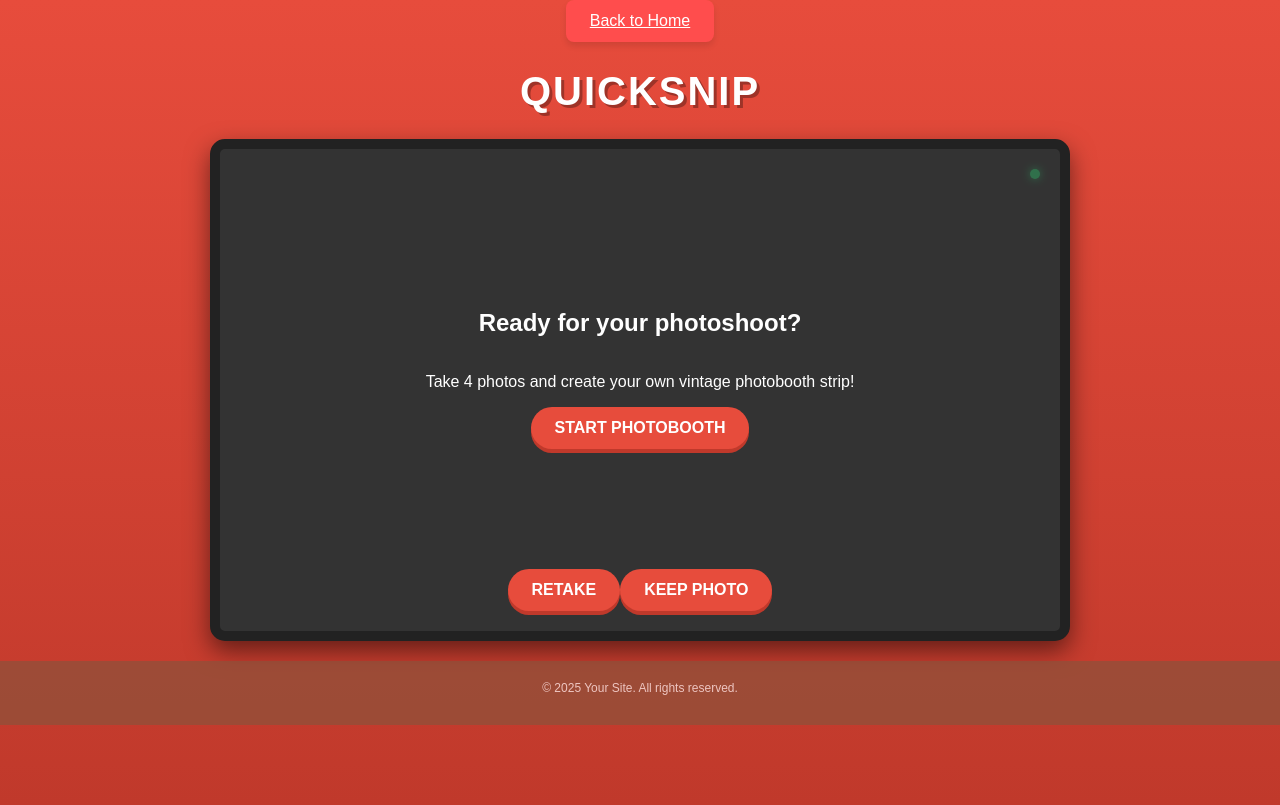
Repository: Strawb3rryjam/QuickSnip
Page: photobooth.html
These files come from the project's save history. The page is drawn as it stood at one moment and after the next save; the edit follows.
The browser window is 1280 px wide. The pictures show the whole page.
Some web fonts or font styles are not loaded; a fallback is used.

Above is the page before, as saved 2025-05-08 16:26:41.

### photobooth.html
<!DOCTYPE html>
<html lang="en">

<head>
    <meta charset="UTF-8">
    <meta name="viewport" content="width=device-width, initial-scale=1.0">
    <title>Retro Photobooth</title>
    <link rel="stylesheet" href="styles.css">

    <!--Font-->
    <link rel="preconnect" href="https://fonts.googleapis.com">
    <link rel="preconnect" href="https://fonts.gstatic.com" crossorigin>
    <link href="https://fonts.googleapis.com/css2?family=Titan+One&display=swap" rel="stylesheet">
</head>

<body>
    <a href="index.html" id="home" class="button">Back to Home</a>


    <h1>QUICKSNIP</h1>
    <div class="container">
        <div class="retro-light"></div>

        <div class="start-screen" id="startScreen">

            <h2>Ready for your photoshoot?</h2>
            <p>Take 4 photos and create your own vintage photobooth strip!</p>
            <button id="startButton">Start Photobooth</button>
        </div>

        <div class="camera-container" id="cameraContainer">
            <video id="camera" autoplay playsinline></video>
            <div class="countdown" id="countdown"></div>
            <div class="flash" id="flash"></div>
            <div class="loading-message" id="loadingMessage">Initializing camera...</div>
        </div>

        <div class="controls" id="cameraControls" style="display: none;">
            <button id="captureButton">Take Photos</button>
        </div>

        <div class="photostrip-container" id="photostripContainer">
            <div class="photostrip" id="photostrip">
                <div class="photostrip-branding">Retro Photobooth - April 28, 2025</div>
            </div>

            <div class="editor-tools">
                <div>
                    <h3>Border Color</h3>
                    <div class="color-picker" id="colorPicker">
                        <div class="color selected" style="background-color: white;" data-color="white"></div>
                        <div class="color" style="background-color: #ffcc00;" data-color="#ffcc00"></div>
                        <div class="color" style="background-color: #ff6b6b;" data-color="#ff6b6b"></div>
                        <div class="color" style="background-color: #48dbfb;" data-color="#48dbfb"></div>
                        <div class="color" style="background-color: #1dd1a1;" data-color="#1dd1a1"></div>
                        <div class="color" style="background-color: #f368e0;" data-color="#f368e0"></div>
                        <div class="color" style="background-color: #ff9f43;" data-color="#ff9f43"></div>
                        <div class="color" style="background-color: black;" data-color="black"></div>
                    </div>
                </div>

                <div>
                    <h3>Add Stickers</h3>
                    <div class="stickers" id="stickerPicker">
                        <div class="sticker">⭐</div>
                        <div class="sticker">❤️</div>
                        <div class="sticker">🌈</div>
                        <div class="sticker">😎</div>
                        <div class="sticker">🎉</div>
                        <div class="sticker">✨</div>
                        <div class="sticker">💯</div>
                        <div class="sticker">🔥</div>
                        <div class="sticker">👑</div>
                        <div class="sticker">🦄</div>
                    </div>
                </div>

                <button id="downloadButton">Download Photostrip</button>
                <button id="resetButton">Take New Photos</button>
            </div>
        </div>
    </div>

    <footer id="copyright">
        © 2025 Your Site. All rights reserved.
    </footer>

    <script src="https://cdnjs.cloudflare.com/ajax/libs/html2canvas/1.4.1/html2canvas.min.js"></script>
    <script src="scripts.js"></script>
    <script src="https://cdnjs.cloudflare.com/ajax/libs/html2canvas/1.4.1/html2canvas.min.js"></script>

</body>

</html>

### styles.css


body {
  font-family: 'titan-one-regular', sans-serif;
  background-color: #f0f0f0;
  margin: 0;
  padding: 0;
  padding-bottom: 80px;
  display: flex;
  flex-direction: column;
  align-items: center;
  min-height: 100vh;
  background-image: linear-gradient(to bottom, #e74c3c, #c0392b);
  color: white;
  text-align: center;
}

h1 {
  font-family: 'titan-one-regular', sans-serif;
  letter-spacing: 2px;
  font-size: 2.5rem;
  text-shadow: 3px 3px 0px rgba(0, 0, 0, 0.3);
  margin-bottom: 5px;
}


.photobooth-exterior {
  position: relative;
  width: 100vw;
  height: 100vh;
  overflow: hidden;
  display: flex;
  justify-content: center;
  align-items: center;
}



.entrance {
  position: absolute;
  top: 0;
  left: 0;
  width: 100%;
  height: 100%;
  object-fit: cover;
  object-position: center;
  z-index: -1;
}




#curtain {
  position: absolute;
  width: 20vw; /* Responsive width */
  height: 428px; /* Let it scale proportionally */
  left: 50%; /* Center-ish position */
  top: 35%;  /* Adjust as needed */
  transform: translate(-30%, -14%); /* Centers the image on its position point */
  object-fit: contain;
  cursor: pointer;
  z-index: 1; /* Above entrance image */
}


#home {
  background-color: #ff4d4d;
  color: white;
  border: none;
  padding: 12px 24px;
  border-radius: 8px;
  font-size: 16px;
  cursor: pointer;
  transition: background-color 0.3s ease;
  box-shadow: 0 4px 6px rgba(0, 0, 0, 0.1);
}

#home:hover {
  background-color: #e60000;
}




.container {
  max-width: 800px;
  width: 95%;
  background-color: #333;
  border-radius: 15px;
  padding: 20px;
  box-shadow: 0 10px 25px rgba(0, 0, 0, 0.5);
  margin: 20px 0;
  border: 10px solid #222;
  position: relative;
}

.start-screen {
  display: flex;
  flex-direction: column;
  align-items: center;
  justify-content: center;
  height: 400px;
}

.camera-container {
  position: relative;
  margin: 0 auto;
  width: 100%;
  max-width: 640px;
  border-radius: 8px;
  overflow: hidden;
  display: none;
}

#camera {
  width: 100%;
  height: auto;
  background-color: #222;
  border-radius: 8px;
  transform: scaleX(-1);
}

.controls {
  margin-top: 20px;
  display: flex;
  justify-content: center;
  flex-wrap: wrap;
  gap: 10px;
}

button {
  background-color: #e74c3c;
  color: white;
  border: none;
  padding: 12px 24px;
  font-size: 16px;
  border-radius: 30px;
  cursor: pointer;
  transition: all 0.3s;
  font-weight: bold;
  box-shadow: 0 4px 0 #c0392b;
  text-transform: uppercase;
}

button:hover {
  background-color: #c0392b;
  box-shadow: 0 2px 0 #9e2a1e;
  transform: translateY(2px);
}

button:active {
  transform: translateY(4px);
  box-shadow: none;
}

button:disabled {
  background-color: #999;
  box-shadow: none;
  cursor: not-allowed;
}

.countdown {
  position: absolute;
  top: 50%;
  left: 50%;
  transform: translate(-50%, -50%);
  font-size: 8rem;
  color: white;
  text-shadow: 0 0 10px #000;
  opacity: 0.8;
  display: none;
}

.flash {
  position: absolute;
  top: 0;
  left: 0;
  width: 100%;
  height: 100%;
  background-color: white;
  opacity: 0;
  transition: opacity 0.1s;
}

.photostrip-container {
  display: none;
  flex-direction: column;
  align-items: center;
  width: 100%;
}

.photostrip {
  display: flex;
  flex-direction: column;
  gap: 10px;
  background-color: white;
  padding: 20px;
  width: 240px;
  border-radius: 5px;
  box-shadow: 0 0 10px rgba(0,0,0,0.5);
  margin-bottom: 20px;
  position: relative;
}

.photostrip img {
  width: 100%;
  height: auto;
  border: 1px solid #ddd;
}

.photostrip-branding {
  color: #333;
  font-size: 12px;
  margin-top: 10px;
  text-align: center;
  font-family: 'Courier New', monospace;
}

.editor-tools {
  display: flex;
  flex-wrap: wrap;
  justify-content: center;
  gap: 10px;
  margin-top: 20px;
  width: 100%;
}

.color-picker {
  display: flex;
  flex-wrap: wrap;
  justify-content: center;
  gap: 5px;
  margin-bottom: 15px;
}

.color {
  width: 30px;
  height: 30px;
  border-radius: 50%;
  cursor: pointer;
  border: 2px solid transparent;
  transition: transform 0.2s;
}

.color:hover {
  transform: scale(1.2);
}

.color.selected {
  border: 2px solid white;
  box-shadow: 0 0 5px rgba(0,0,0,0.5);
}

.stickers {
  display: flex;
  flex-wrap: wrap;
  justify-content: center;
  gap: 10px;
  margin-bottom: 15px;
}

.sticker {
  font-size: 24px;
  cursor: pointer;
  background-color: rgba(255, 255, 255, 0.2);
  border-radius: 5px;
  padding: 5px;
  transition: transform 0.2s;
}

.sticker:hover {
  transform: scale(1.2);
}

.draggable-sticker {
  position: absolute;
  cursor: move;
  user-select: none;
  font-size: 24px;
}

.retro-light {
  position: absolute;
  width: 10px;
  height: 10px;
  background-color: #2ecc71;
  border-radius: 50%;
  top: 20px;
  right: 20px;
  box-shadow: 0 0 10px #2ecc71;
  animation: blink 2s infinite;
}

@keyframes blink {
  0%, 100% { opacity: 1; }
  50% { opacity: 0.4; }
}

.loading-message {
  font-size: 1.2rem;
  margin-bottom: 20px;
  animation: pulse 1.5s infinite;
}

@keyframes pulse {
  0%, 100% { opacity: 1; }
  50% { opacity: 0.5; }
}

#copyright {
  font-size: 12px;
  opacity: 0.7;
  text-align: center;
  background-color: #8C523B;
  padding: 20px 0 30px;
  width: 100%;
}


/* Photostrip printing animation */
@keyframes slideDown {
  0% {
    transform: translateY(-100%);
    filter: brightness(0);
  }
  30% {
    transform: translateY(0);
    filter: brightness(0);
  }
  100% {
    transform: translateY(0);
    filter: brightness(1);
  }
}

.photostrip {
  display: flex;
  flex-direction: column;
  gap: 10px;
  background-color: white;
  padding: 20px;
  width: 240px;
  border-radius: 5px;
  box-shadow: 0 0 10px rgba(0,0,0,0.5);
  margin-bottom: 20px;
  position: relative;
}

.photostrip.printing {
  animation: slideDown 3s ease-out forwards;
}

.photostrip.printing img {
  opacity: 0;
  animation: fadeIn 0.5s ease-out forwards;
}

/* Different delay for each photo to create sequential revealing effect */
.photostrip.printing img:nth-child(1) {
  animation-delay: 1.2s;
}

.photostrip.printing img:nth-child(2) {
  animation-delay: 1.7s;
}

.photostrip.printing img:nth-child(3) {
  animation-delay: 2.2s;
}

.photostrip.printing img:nth-child(4) {
  animation-delay: 2.7s;
}

.photostrip-branding.printing {
  opacity: 0;
  animation: fadeIn 0.5s ease-out forwards;
  animation-delay: 3s;
}

@keyframes fadeIn {
  from { opacity: 0; }
  to { opacity: 1; }
}

/* Printer sound effect styles */
.printer-sound {
  display: none;
}

/* Printing overlay effect */
.printing-overlay {
  position: fixed;
  top: 0;
  left: 0;
  width: 100%;
  height: 100%;
  background-color: rgba(0, 0, 0, 0.7);
  display: flex;
  justify-content: center;
  align-items: center;
  z-index: 1000;
  opacity: 0;
  pointer-events: none;
  transition: opacity 0.5s ease;
}

.printing-overlay.active {
  opacity: 1;
  pointer-events: auto;
}

.printing-message {
  font-size: 2rem;
  color: white;
  text-align: center;
  animation: pulse 1.5s infinite;
}

Loaded but not shown: scripts.js (487 lines, source omitted)

After the next save:
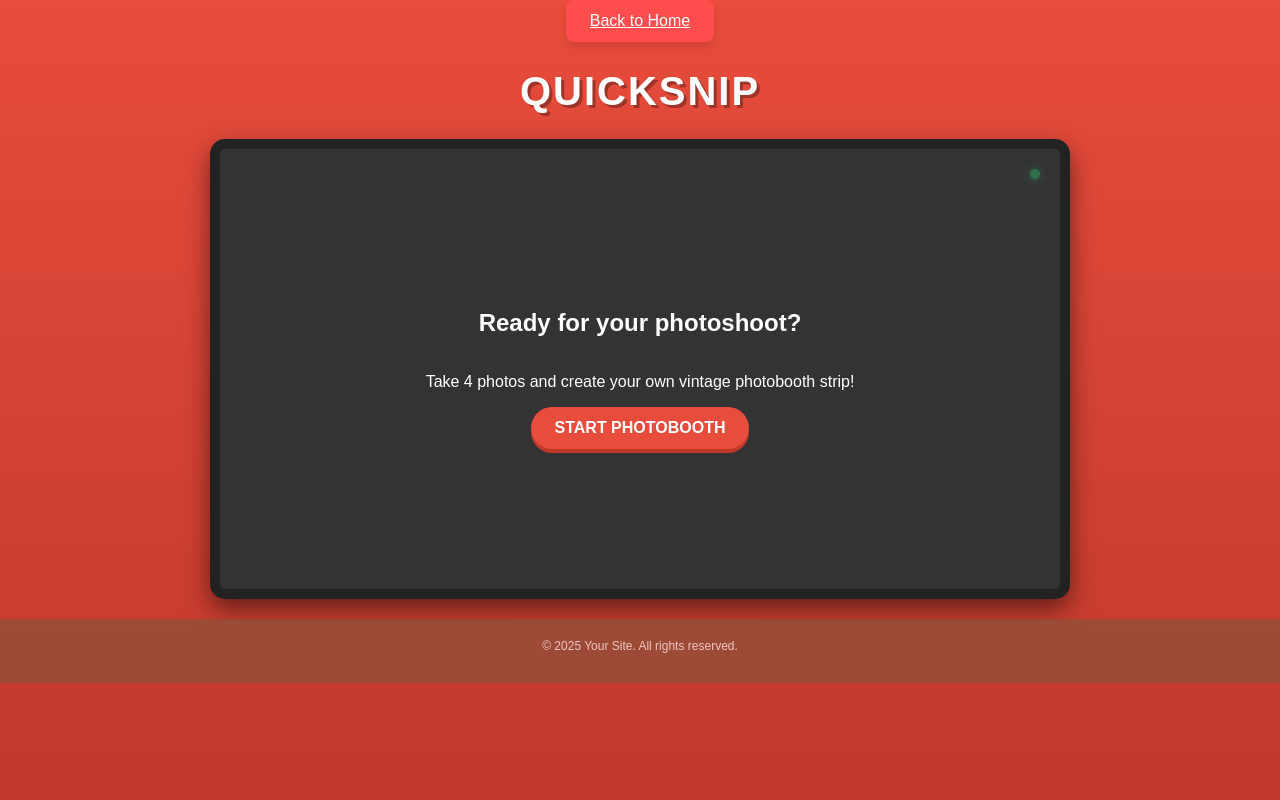
Saved 9 s later.
--- a/styles.css
+++ b/styles.css
@@ -1,5 +1,3 @@
-
-
 body {
   font-family: 'titan-one-regular', sans-serif;
   background-color: #f0f0f0;
@@ -416,3 +414,62 @@
   text-align: center;
   animation: pulse 1.5s infinite;
 }
+
+/* Preview styles */
+.preview-container {
+  display: none;
+  flex-direction: column;
+  align-items: center;
+  margin: 0 auto;
+  width: 100%;
+  max-width: 640px;
+  background-color: #222;
+  border-radius: 8px;
+  padding: 20px 0;
+  box-shadow: 0 4px 10px rgba(0, 0, 0, 0.3);
+  animation: fadeIn 0.3s ease-in-out;
+}
+
+.preview-image {
+  width: 90%;
+  height: auto;
+  border-radius: 5px;
+  margin-bottom: 15px;
+  border: 3px solid white;
+  box-shadow: 0 4px 8px rgba(0, 0, 0, 0.3);
+  animation: fadeIn 0.5s ease-out;
+}
+
+.photo-counter {
+  font-size: 1.2rem;
+  margin: 10px 0 15px;
+  color: #fff;
+  text-shadow: 1px 1px 1px rgba(0, 0, 0, 0.5);
+  font-weight: bold;
+}
+
+.preview-buttons-container {
+  display: flex;
+  gap: 15px;
+  margin-top: 10px;
+}
+
+.confirm-button {
+  background-color: #27ae60;
+  box-shadow: 0 4px 0 #219653;
+}
+
+.confirm-button:hover {
+  background-color: #219653;
+  box-shadow: 0 2px 0 #1e874b;
+}
+
+.retake-button {
+  background-color: #e67e22;
+  box-shadow: 0 4px 0 #d35400;
+}
+
+.retake-button:hover {
+  background-color: #d35400;
+  box-shadow: 0 2px 0 #a04000;
+}

After the save that followed:
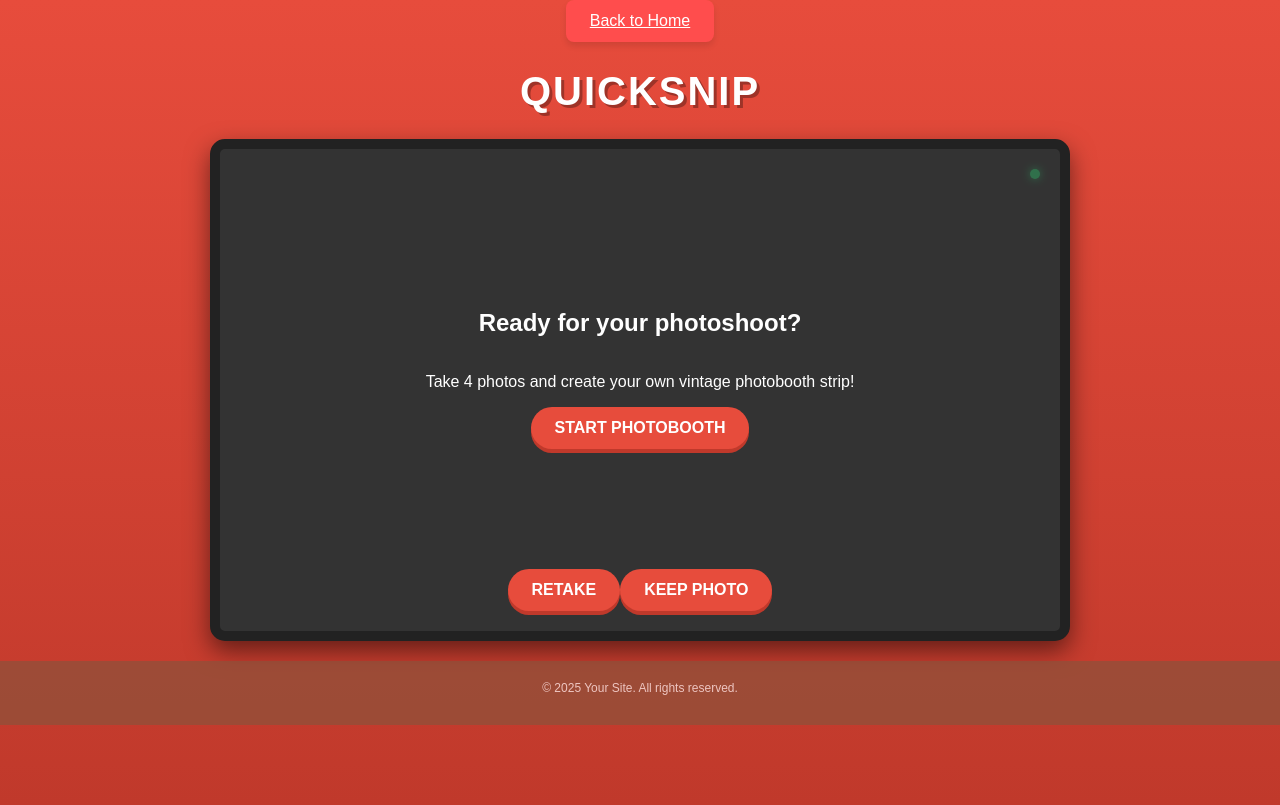
Saved 2 min 13 s later.
--- a/styles.css
+++ b/styles.css
@@ -1,3 +1,5 @@
+
+
 body {
   font-family: 'titan-one-regular', sans-serif;
   background-color: #f0f0f0;
@@ -414,62 +416,3 @@
   text-align: center;
   animation: pulse 1.5s infinite;
 }
-
-/* Preview styles */
-.preview-container {
-  display: none;
-  flex-direction: column;
-  align-items: center;
-  margin: 0 auto;
-  width: 100%;
-  max-width: 640px;
-  background-color: #222;
-  border-radius: 8px;
-  padding: 20px 0;
-  box-shadow: 0 4px 10px rgba(0, 0, 0, 0.3);
-  animation: fadeIn 0.3s ease-in-out;
-}
-
-.preview-image {
-  width: 90%;
-  height: auto;
-  border-radius: 5px;
-  margin-bottom: 15px;
-  border: 3px solid white;
-  box-shadow: 0 4px 8px rgba(0, 0, 0, 0.3);
-  animation: fadeIn 0.5s ease-out;
-}
-
-.photo-counter {
-  font-size: 1.2rem;
-  margin: 10px 0 15px;
-  color: #fff;
-  text-shadow: 1px 1px 1px rgba(0, 0, 0, 0.5);
-  font-weight: bold;
-}
-
-.preview-buttons-container {
-  display: flex;
-  gap: 15px;
-  margin-top: 10px;
-}
-
-.confirm-button {
-  background-color: #27ae60;
-  box-shadow: 0 4px 0 #219653;
-}
-
-.confirm-button:hover {
-  background-color: #219653;
-  box-shadow: 0 2px 0 #1e874b;
-}
-
-.retake-button {
-  background-color: #e67e22;
-  box-shadow: 0 4px 0 #d35400;
-}
-
-.retake-button:hover {
-  background-color: #d35400;
-  box-shadow: 0 2px 0 #a04000;
-}
